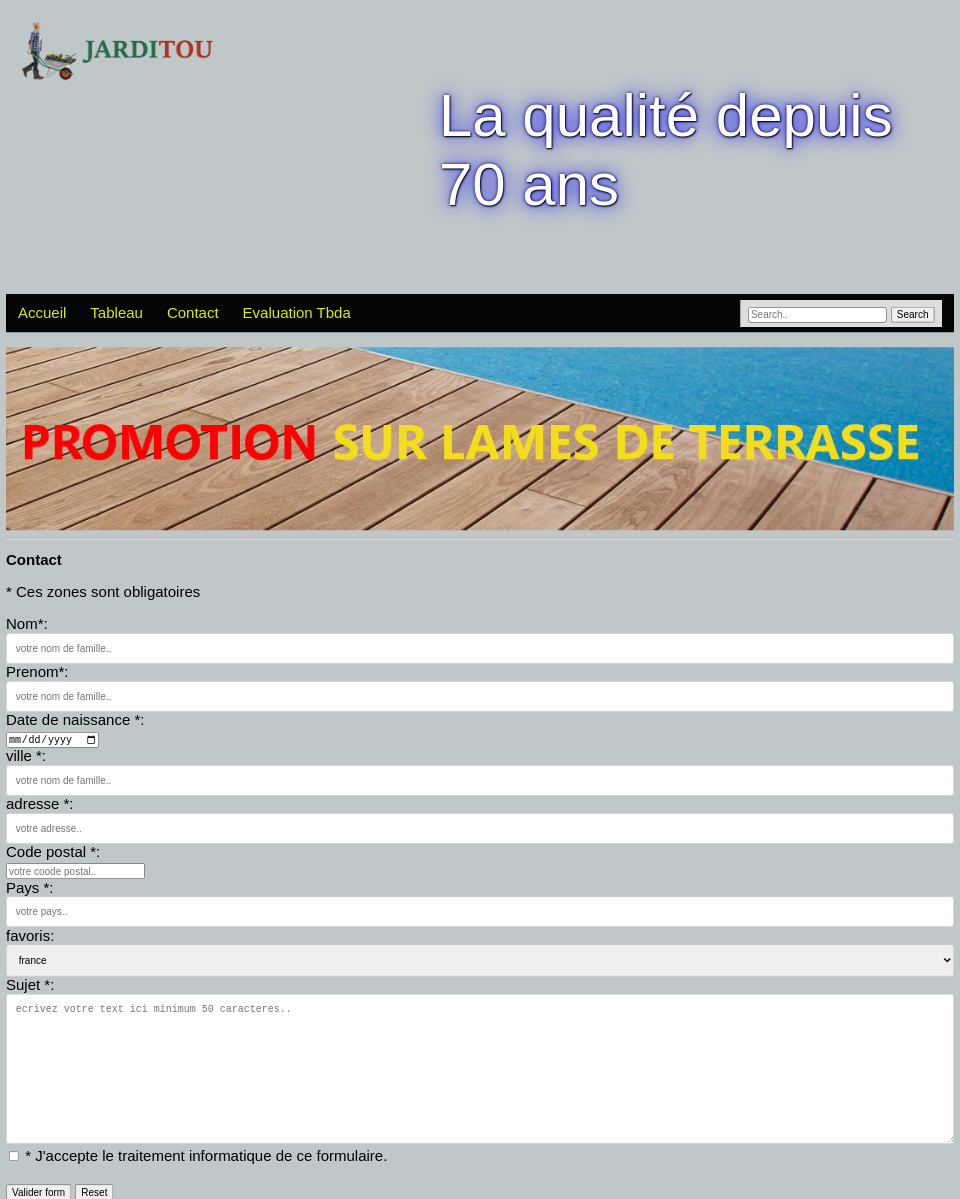
Repository: laurentbul/jarditou
Page: javascript/contact.html
The author's editor kept a copy of each file at every save. The page is drawn from the files as they stood at one save, then again after the next save.
The browser window is 1280 px wide. The pictures show the whole page, at 75% of full size.

Above is the page before, as saved 2022-12-15 02:17:33.

### javascript/contact.html
<!DOCTYPE html>
<html lang="fr">

<head>
  <meta charset="UTF-8">
  <meta http-equiv="X-UA-Compatible" content="IE=edge">
  <meta name="viewport" content="width=device-width, initial-scale=1.0">
  <title>cours exercices HTML</title>
  <link rel="stylesheet" href="./assets/css/style.css" />
</head>

<body>
  <div class="flex-container">
    <div>
      <img src="./assets/img/jarditou_logo.png" alt="jarditou logo" title="jarditou logo" height="80" />
    </div>
    <div>
      <p class="slogan">La qualité depuis 70 ans</p>
    </div>
  </div>
  <nav>
    <ul>
      <li><a href="index.html">Accueil</a></li>
      <li><a href="table.html">Tableau</a></li>
      <li><a href="contact.html">Contact</a></li>
      <li><a href="./EvaluationTbda/evaluation_tbda.html">Evaluation Tbda</a></li>
      <li class="search-container">
        <div>
          <form action="/action_page.php">
            <input type="text" class="searchinput" placeholder="Search.." name="search" />
            <button type="submit">Search</button>
          </form>
        </div>
      </li>
    </ul>
  </nav>
  <img src="./assets/img/promotion.jpg" alt="qu'est ce que html" class="imgpromotion" title="promotion jarditou" />
  <hr />
  <h2>Contact</h2>
  <section>
    <p>* Ces zones sont obligatoires</p>
    <form id="form" action="javascript:validation()"  method="post">
      <div class="row">
        <div class="col-25">
          <label>Nom*:</label>
        </div>
        <input type="text" id="fname" value="" placeholder="votre nom de famille..">
        <div class="error" id="commentaire1"> </div>
      </div>
      <div class="row">
        <div class="col-25">
          <label>Prenom*:</label>
        </div>
        <input type="text" id="fprenom" placeholder="votre nom de famille..">
        <div class="error" id="commentaire2"> </div>
      </div>
      <div class="row">
        <div class="col-25">
          <label> Date de naissance *:</label>
        </div>
        <input type="date" id="fdtn" placeholder="votre nom de famille..">
        <div class="error" id="commentaire3"></div>
      </div>
      <div class="row">
        <div class="col-25">
          <label> ville *:</label>
        </div>
        <input type="text" id="fville" placeholder="votre nom de famille..">
        <div class="error" id="commentaire4"></div>
      </div>
      <div class="row">
        <div class="col-25">
          <label> adresse *:</label>
        </div>
        <input type="text" id="fadresse" placeholder="votre adresse..">
        <div class="error" id="commentaire5"></div>
      </div>
      <div class="row">
        <div class="col-25">
          <label> Code postal *:</label>
        </div>
        <input type="number" id="fcodepostal" placeholder="votre coode postal..">
        <div class="error" id="commentaire6"></div>
      </div>
      <div class="row">
        <div class="col-25">
          <label> Pays *:</label>
        </div>
        <input type="text" id="fpays" placeholder="votre pays..">
        <div class="error" id="commentaire7"></div>
      </div>
      <div class="row">
        <div class="col-25">
          <label> favoris:</label>
        </div>
        <select id="paysselect">
          <option>france</option>
          <option>allemagne</option>
          <option>brezil</option>
          <option>japon</option>
        </select>
        <div class="error" id="commentaire8"></div>
      </div>
      <div class="row">
        <div class="col-25">
          <label> Sujet *:</label>
        </div>
        <textarea id="fsujet" name="fsujet" placeholder="ecrivez votre text ici minimum 50 caracteres.."
          style="height: 200px; width: 100%;"></textarea>
        <div class="error" id="commentaire9"></div>
      </div>
      <div class="custom-control custom-checkbox">
        <input type="checkbox" class="custom-control-input" id="cgu" name="cgu" required>
        <label class="custom-control-label" for="cgu">* J'accepte le traitement informatique de ce formulaire.</label>
      </div><br>
      <input type="button" onclick="validateForm()" value="Valider form"> <input type="reset" onclick="myreset()"
        value="Reset">
      <script>
        function myreset() {
          var element_length = document.getElementsByClassName("error").length;
          var dt = [];
          typeof dt;
          for (var x = 0; x < element_length; x++) {
            tmp = x + 1;
            dt[x] = document.getElementById("commentaire" + tmp).innerHTML;
            document.getElementById("commentaire" + tmp).innerHTML = " ";
          }
          var output_error = "vos valeurs enrées :"
          for (var x = 0; x < element_length; x++) {
            output_error = output_error + "\n" + dt[x];
          }
          alert(output_error);
        }
      </script>
    </form>
    </div>
    <script type="text/javascript" src="./assets/js/contact.js"></script>
</body>

</html>

### javascript/assets/css/style.css
body {
  font-family: Arial, Helvetica, sans-serif;
  padding: 0px;
  background-color: rgb(192, 199, 201);
  font-size: 20px;
  height: 1500px;
}
h1{font-size: 35px;
}
h2{font-size: 20px;
}
.flex-container {
  display: flex;
}

.flex-container>div {
  padding: 20px;
}

.jarditou_logo {
  height: 80px;
}

.slogan {
  color: white;
  text-shadow: 1px 1px 2px black, 0 0 25px blue, 0 0 5px darkblue;
  font-size: 40px;
  margin-left: 250px;
  font-size: 80px;
}

ul {
  list-style-type: none;
  margin: 0;
  padding: 0;
  overflow: hidden;
  background-color: rgb(5, 5, 5);
}

li {
  float: left;
}

li a {
  display: block;
  color: white;
  text-align: center;
  padding: 14px 16px;
  text-decoration: none;
}

li a:hover:not(.active) {
  background-color: rgb(240, 10, 10);
}

.active {
  background-color: #4caf50;
}

a:link {
  color: rgb(214, 235, 28);
  background-color: transparent;
  text-decoration: none;
}

ul.a {

  background-color: rgb(179, 167, 167);

  color:rgb(42, 226, 211);

}


aside {
  width: 30%;
  height: 25%px;
  padding-left: 15px;
  float: right;
  font-style: italic;
  background-color: lightgray;
  margin-right: 60px;
  /*display:none */ /*===========correction =======================*/
}



.imgpromotion {
  display: block;
  margin-top: 20px;
  margin-left: auto;
  margin-right: auto;
  width: 100%;
}


footer {
  text-align: center;
  padding: 3px;
  background-color: gray;
  color: white;
}


.search-container {
  float: right;
  padding: 6px 10px;
  margin-top: 8px;
  margin-right: 16px;
  background: #ddd;
  font-size: 20px;
  border: none;
  cursor: pointer;
}


* {
  box-sizing: border-box;
}

input[type=text]:not(.searchinput),
select,
textarea {
  width: 100%;
  padding: 12px;
  border: 1px solid #ccc;
  border-radius: 4px;
  resize: vertical;
}



input[type=submit] {
  display: block;
  margin: 0px;
  width: 100%;
  padding: 12px;
  background-color: rgb(211, 211, 212);
}


input[type=submit]:hover {
  background-color: #d6c82f;
}

.container {
  border-radius: 5px;
  background-color: #af1818;
  padding: 20px;
}

#pays {
  font-size: 20px;
}

#birthday {
  font-size: 20px;
}

table {
  margin-bottom: 50px;
  margin-left: 100px;
}


th,
td {
  border: 1px solid black;
  border-collapse: collapse;
  margin-left: 100px;
  margin-bottom: 10px;
  background-color: #3f3324;
}

th {
  background-color: gray;
}

tr {
  color: azure;
}

table {
  width: 50%;
}

.btncontact {
  height: 45px;
  width: 200px;
  background-color: hsl(127, 4%, 46%);
  font-size: 20px;
  margin-left: 100px;
}

.btncontact:hover {
  background-color: #6ab0d8;
  color: white;
}

/* Responsive layout - when the screen is less than 768px wide, make the two columns stack on top of each other instead of next to each other */
@media screen and (max-width: 768px) {

  body {

    background-color: lavender;
    font-size: 14px;
  }


  .flex-container {
    display: flex;
  }

  .flex-container>div {
    padding: 0px;

  }

  .jarditou_logo {
    height: 80px;
  }

  .slogan {
    color: white;
    text-shadow: 1px 1px 2px black, 0 0 25px blue, 0 0 5px darkblue;
    margin-left: 0px;
    font-size: 40px;
  }

  ul {
    list-style-type: none;
    background-color: #367791;
    width: 768px;
  }

  li {
    background-color: rgb(10, 10, 10);
    display: flex;
    justify-content: center;
    width: 768px;
  }

  li a:hover:not(.active) {
    background-color: rgb(240, 10, 10);
  }

  aside{
    visibility: hidden;
}


}

.error{
  color: rgb(197, 22, 22);
}

### javascript/assets/js/contact.js
function validateForm() {
    let patternnumber = /^\d+$/
    let pattern = /^[a-zA-Z\s]+$/;
    let patternisnumber = /^[1-9]\d+$/
    let patterndtn = /^\d{4}[\/\-](0?[1-9]|1[012])[\/\-](0?[1-9]|[12][0-9]|3[01])$/;
    const emailRegExp = /^[a-zA-Z0-9.!#$%&'*+/=?^_`{|}~-]+@[a-zA-Z0-9-]+(?:\.[a-zA-Z0-9-]+)*$/;

    vnom = document.getElementById("fname").value;
    vprenom = document.getElementById("fprenom").value;
    vardtn = document.getElementById("fdtn").value;
    var varville = document.getElementById("fville").value;
    var varadresse = document.getElementById("fadresse").value;
    var varcdpost = document.getElementById("fcodepostal").value;
    var varpays = document.getElementById("fpays").value;
    var varfavoris = document.getElementById("paysselect").value;
    var varsujet = document.getElementById("fsujet").value;
    // =============================================1=== ton nom =====================================
    if (vnom == "") {
        document.getElementById("commentaire1").innerHTML = "Entrez votre nom : nom obligatoire";
        document.getElementById("fname").focus();
    }

    else if (vnom.length <= 1) {
        document.getElementById("commentaire1").innerHTML = "Entrez votre nom : ne peut pas inférieur à un caractere";
    }

    else if (pattern.test(vnom) === false) {
        document.getElementById("commentaire1").innerHTML = "Entrez votre nom: alphabet latine";
    }
    else {
        document.getElementById("commentaire1").innerHTML = "votre nom est :" + vnom;
        document.getElementById("commentaire1").style.color = "black";
    }

    // ============================================2==== ton prenom =====================================

    vprenom = document.getElementById("fprenom").value;
    if (vprenom == "") {
        document.getElementById("commentaire2").innerHTML = "Entrez votre prenom : nom obligatoire";
        document.getElementById("fprenom").focus();
    }
    else if (pattern.test(vprenom) === false) {
        document.getElementById("commentaire2").innerHTML = "Entrez votre nom: alphabet latine";
    }
    else {
        document.getElementById("commentaire2").innerHTML = "Bonjour :" + vprenom;
        document.getElementById("commentaire2").style.color = "black";
    }

    // // ===========================================3===== ta date de naissance =====================================


    if (vardtn == "") {
        document.getElementById("commentaire3").innerHTML = "entrez votre date de naissance";
    }
    else if (patterndtn.test(vardtn) === false) {
        document.getElementById("commentaire3").innerHTML = "non conforme: cest des chiffres";
    }
    else {
        document.getElementById("commentaire3").innerHTML = "votre date de naissance valider :";
        document.getElementById("commentaire3").style.color = "black";
    }

    // // ============================================4==== ta ville =====================================

    if (varville == "") {
        document.getElementById("commentaire4").innerHTML = "Entrez vtre ville obligatoire champs ne peut pas etre vide";
    }
    else if (pattern.test(varville) === false) {
        document.getElementById("commentaire4").innerHTML = "non conforme:";
    }
    else {
        document.getElementById("commentaire4").innerHTML = "oui :" + varville;
        document.getElementById("commentaire4").style.color = "black";
    }

    // // =========================================5======= ton adresse=====================================


    if (varadresse == "") {

        document.getElementById("commentaire5").innerHTML = "adresse boxe vide";
    }
    else if (pattern.test(varadresse) === false) {
        document.getElementById("commentaire5").innerHTML = "non conforme:";
    }
    else {
        document.getElementById("commentaire5").innerHTML = "hello :" + varadresse;
        document.getElementById("commentaire5").style.color = "black";
    }

    // // =============================================6=== ton code postale=====================================

    if (varcdpost == "") {
        document.getElementById("commentaire6").innerHTML = "cdp vide";
    }

    else if (patternisnumber.test(varcdpost) === false) {
        document.getElementById("commentaire6").innerHTML = "il faut 5 chiffre:";
    }
    else {
        document.getElementById("commentaire6").innerHTML = "votre codepostale :" + varcdpost;
        document.getElementById("commentaire6").style.color = "black";
    }
    // // ==============================================7== ton pays=====================================

    if (varpays == "") {
        document.getElementById("commentaire7").innerHTML = "vide pays";
    }
    else if (pattern.test(varpays) === false) {
        document.getElementById("commentaire7").innerHTML = "non conforme:";
    }
    else {
        document.getElementById("commentaire7").innerHTML = "conforme votre pays :" + varpays;
        document.getElementById("commentaire7").style.color = "black";
    }

    // // ===============================================8 favoris=====================================

    if (varfavoris == "") { document.getElementById("commentaire8").innerHTML = "moi vide" }
    else {
        document.getElementById("commentaire8").innerHTML = "selection est :" + varfavoris;
        document.getElementById("commentaire8").style.color = "black";
    }
    // // ===============================================8 sujet =====================================

    if (varsujet == "") { document.getElementById("commentaire9").innerHTML = "sujet pas" }

    else if (pattern.test(varsujet) === false) {
        document.getElementById("commentaire9").innerHTML = "non conforme:" + varsujet;
    }
    else if (varsujet.length < 50) {
        document.getElementById("commentaire9").innerHTML = "il faut rentrer au minimum 50 caracteres ";
    }
    else {
        document.getElementById("commentaire9").innerHTML = "votre sujet " + varsujet
        document.getElementById("commentaire9").style.color = "black";
    }
}

After the next save:
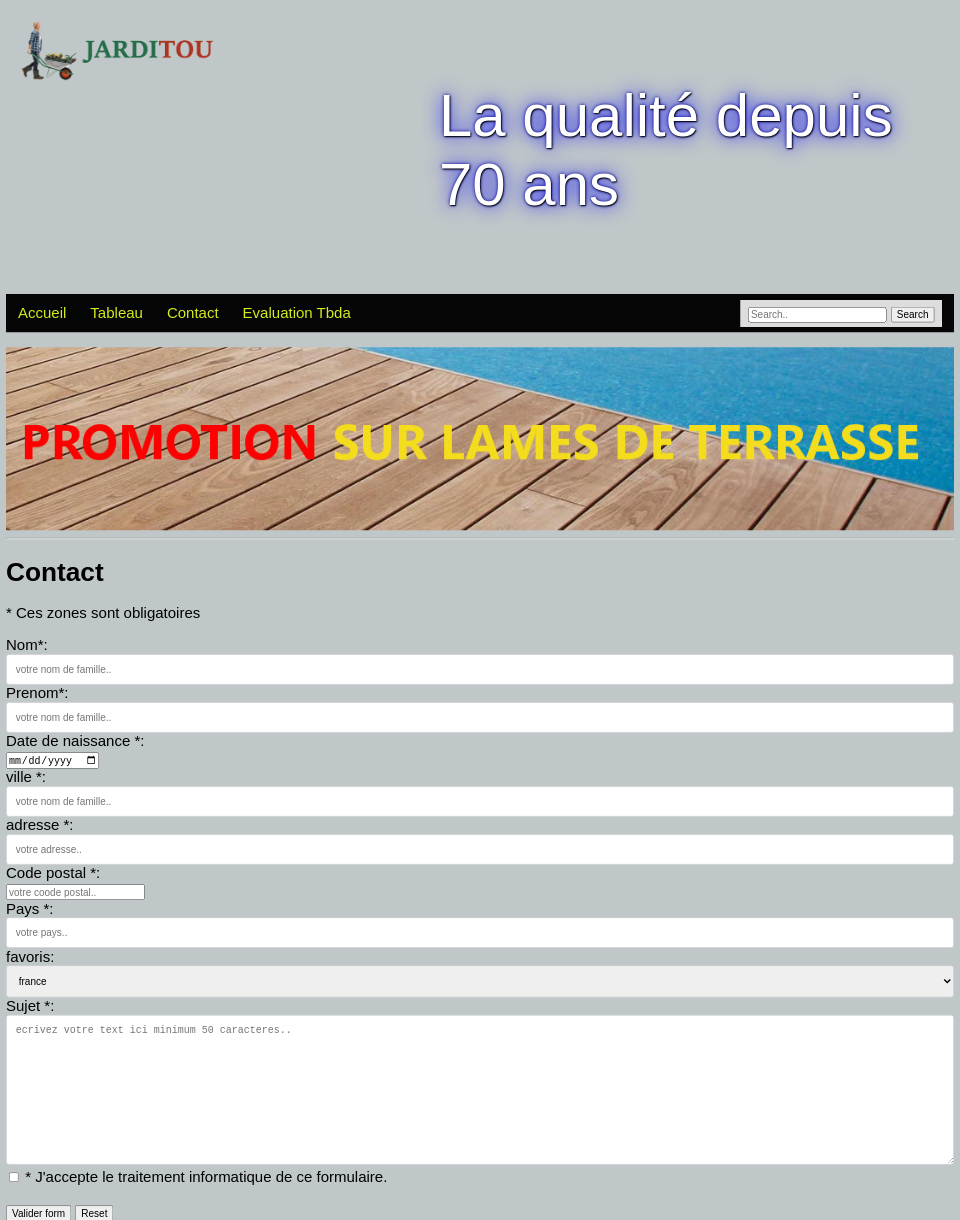
Saved 103 s later.
--- a/javascript/contact.html
+++ b/javascript/contact.html
@@ -36,7 +36,7 @@
   </nav>
   <img src="./assets/img/promotion.jpg" alt="qu'est ce que html" class="imgpromotion" title="promotion jarditou" />
   <hr />
-  <h2>Contact</h2>
+  <h1>Contact</h1>
   <section>
     <p>* Ces zones sont obligatoires</p>
     <form id="form" action="javascript:validation()"  method="post">
